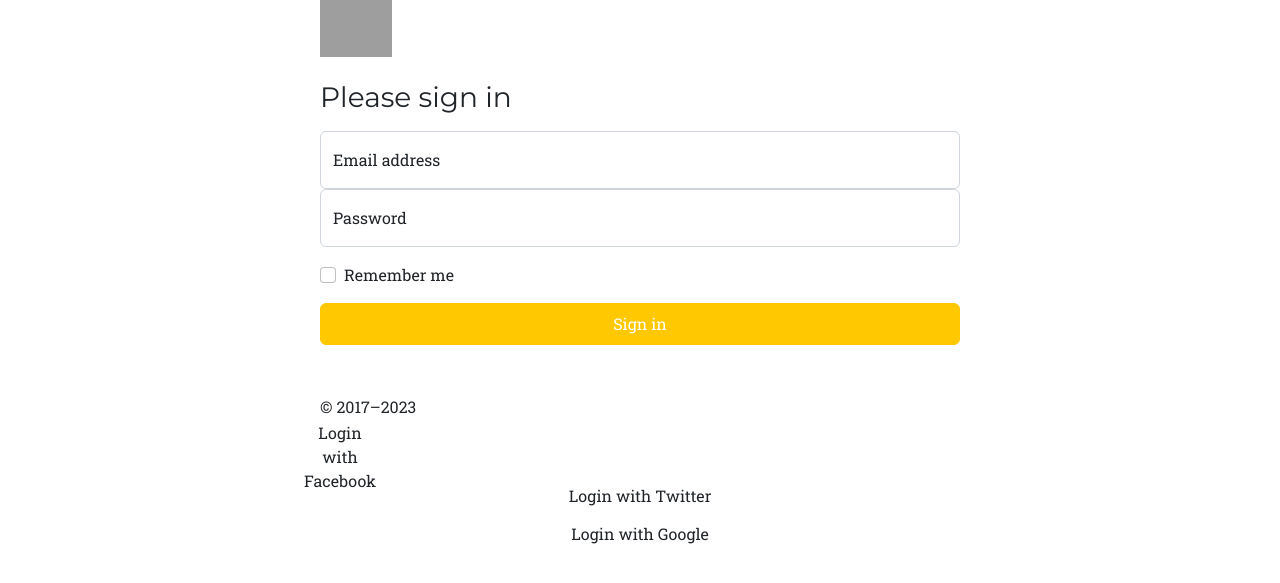
Repository: aquilesascar/TCC_1
Page: Tela Inicial/html/loginteste.html
The author's editor kept a copy of each file at every save. The page is drawn from the files as they stood at one save, then again after the next save.
The browser window is 1280 px wide. The pictures show the whole page.
Pictures or frames that could not be fetched are drawn as grey boxes. Some icons come from a web library that is not loaded, so they are not drawn. Some web libraries are served in a nearby version.

Above is the page before, as saved 2023-07-10 13:49:55.

After the next save:
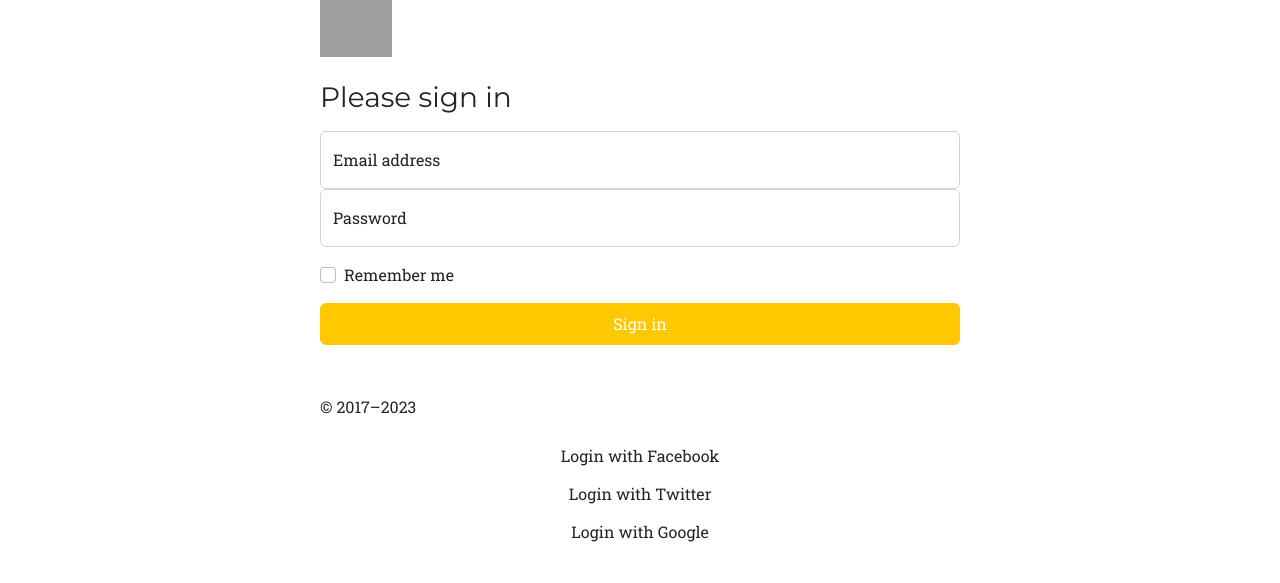
Saved 10 s later.
--- a/Tela Inicial/html/loginteste.html
+++ b/Tela Inicial/html/loginteste.html
@@ -50,7 +50,7 @@
         </form>
 
         <div class="social-login">
-            <a href="#" class="facebook btn btn-social d-flex justify-content-center align-items-center">
+            <a href="#" class="facebook btn btn- d-flex justify-content-center align-items-center">
               <span class="icon-facebook mr-3"></span> Login with Facebook
             </a>
             <a href="#" class="twitter btn d-flex justify-content-center align-items-center">
